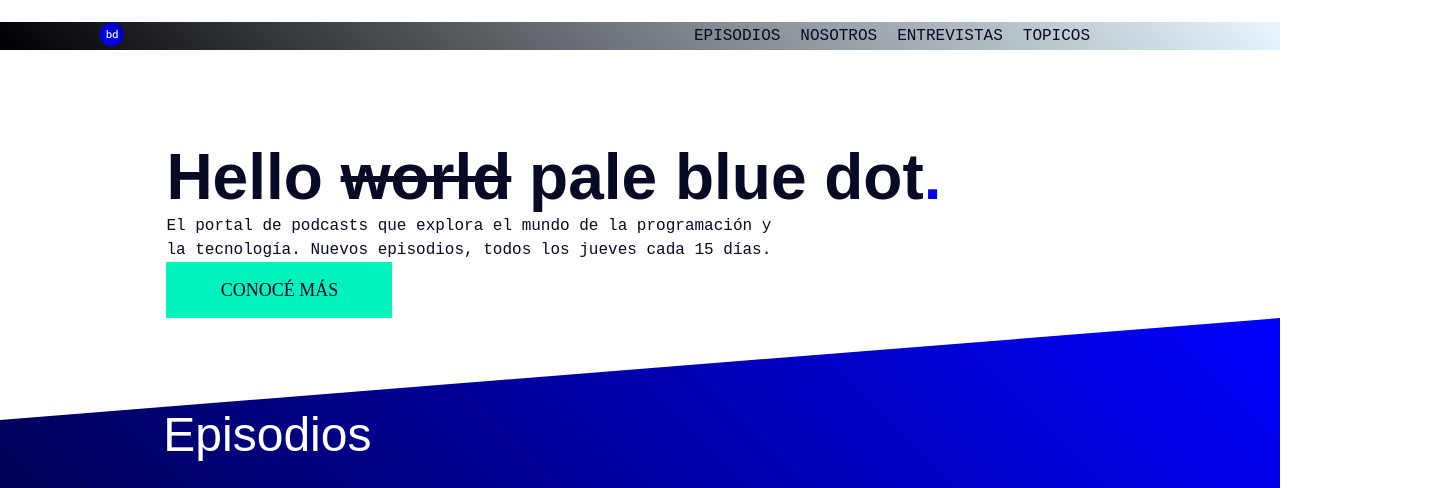
Repository: FedeGA93/podcast
Page: index.html
These files come from the project's save history. The page is drawn as it stood at one moment and after a run of saves; the edit follows.
The browser window is 1280 px wide. The page is 1440 px wide, so the pictures cover 1440 px, including what lies to the right of the window. The pictures show the part of the page from y = 0 to 488 px (the page is 3262 px tall).
Pictures or frames that could not be fetched are drawn as grey boxes. Some web fonts or font styles are not loaded; a fallback is used. Some web libraries are served in a nearby version.

Above is the page before, as saved 2019-11-26 20:46:23.

### index.html
<!DOCTYPE html>
<html lang="es">

<head>
    <meta charset="UTF-8">
    <meta name="viewport" content="width=device-width, initial-scale=1.0">
    <meta http-equiv="X-UA-Compatible" content="ie=edge">
    <title>BlueDot</title>
    <link rel="stylesheet" href="styles/styles.css">
    <link href="https://fonts.googleapis.com/css?family=IBM+Plex+Mono/IBM+Plex+Sans:400,400i,500,600&display=swap"
        rel="stylesheet">
    <link rel="stylesheet" href="https://cdnjs.cloudflare.com/ajax/libs/font-awesome/5.11.2/css/all.css">
    <link rel="shortcut icon" href="images/logo.ico" type="image/x-icon">
    <link rel="icon" href="images/logo.ico" type="image/x-icon">
</head>

<body>
    <header class="estilo-header nav">
        <nav >
            <div class="menu">
                <div>
                    <img src="images/logo.svg" alt="Logo del podcast" class="responsive-logo">
                </div>
                <div>

                    <!-- DEsde acá-->
                    <input type="checkbox" id="transformacion" />
                    <label for="transformacion" class="fija-menu">
                        <span class="barras-negras-hamburger bar1"></span>
                        <span class="barras-negras-hamburger bar2"></span>
                        <span class="barras-negras-hamburger bar3"></span>
                    </label>
                    <!--Hasta acá es lo que tengo que copiar-->
                    <ul class="menu-hijo">
                        <li><a class="color-letras" href="#epi">EPISODIOS</a></li>
                        <li><a class="color-letras" href="#nos">NOSOTROS</a></li>
                        <li><a class="color-letras" href="#ent">ENTREVISTAS</a></li>
                        <li><a class="color-letras" href="#topi">TOPICOS</a></li>
                    </ul>

                </div>
            </div>
        </nav>
    </header>
    <main class="primera-caja">
        <div class="centrado">
            <h1>Hello <s>world</s> pale blue dot<strong class="color-punto">.</strong></h1>
        </div>
        <div class="centrado">
            <p class="parrafos-general">El portal de podcasts que explora el mundo de la programación y <br> la
                tecnología.
                Nuevos episodios, todos los jueves cada 15 días.</p>
        </div>
        <div class="main-child">
            <div>
                <p><a class="btn cnmas" href="#nos">CONOCÉ MÁS</a></p>
            </div>
        </div>
    </main>
    <section>

        <div class="fondo-azul-gradiente sec">

            <div class="corteuno"></div>
            <div class="cortedos"></div>
            <div>
                <p class="color-blanco pad" id="epi">Episodios</p>
            </div>
            <div class="flex-spotify">
                <iframe src="https://open.spotify.com/embed-podcast/show/2ySVrxGkN6n6frMTo9Nsrt"
                    ></iframe>
                <iframe src="https://open.spotify.com/embed-podcast/show/4kYCRYJ3yK5DQbP5tbfZby"
                    ></iframe>
                <iframe src="https://open.spotify.com/embed-podcast/episode/2VHYWRX1mHcZQS89y3z2Xv" ></iframe>
                <iframe src="https://open.spotify.com/embed-podcast/show/2Iibd5A6R7mxkCm4NwNmUn"
                    ></iframe>
            </div>
        </div>
    </section>
    <section>

        <div class="informacion">
            <div>
                <img src="images/phone.png" alt="El podcast en un telefono" class="telefono">
            </div>
            <div>
                <h2 class="color-negro" id="nos">De dónde venimos</h2>

                <p class="parrafos-general limit-text">Our posturings, our imagined self-importance, the delusion that
                    we
                    have some
                    privileged position in the Universe, are challenged by this point of pale light. </p> <br>

                <p class="parrafos-general limit-text">
                    Our planet is a lonely speck in the great enveloping cosmic dark. In our obscurity, in all this
                    vastness, there is no hint that help will come from elsewhere to save us from ourselves.</p>

            </div>
        </div>

    </section>
    <section>
        <h2 class="color-negro paddie" id="ent">
            Invitadas/os Estelares
        </h2>

        <div class="photo-box">
            <img src="images/grace-hopper.png" alt="Foto de Grace Hopper" class="photos">
            <img src="images/Katie-Bouman.png" alt="Foto de Katie Bouman" class="photos">
            <img src="images/Margaret_Hamilton.png" alt="Margaret Hamilton" class="photos">
            <img src="images/computadora1950.png" alt="Una computadora del año 1950" class="photos">
            <img src="images/computadoraprogramable.png" alt="La primera computadora programable del mundo"
                class="photos">
            <img src="images/susan-kare.png" alt="Foto de Susan Kare" class="photos">

        </div>
    </section>
    <section class="top">
        <h2 class="color-negro center-text" id="topi">Algunos de nuestros temas</h2>
        <div>
            <section class="alineado">
                <div>
                    <img src="images/icon1.svg" alt="Una computadora que demuestra el trabajo remoto"
                        class="theme-size">
                    <p class="temas">Trabajo remoto</p>
                </div>
                <div>
                    <img src="images/icon2.svg" alt="Una cabeza pensando" class="theme-size">
                    <p class="temas">Repensando la programación</p>
                </div>

                <div>
                    <img src="images/icon3.svg" alt=" Un libro de código" class="theme-size">
                    <p class="temas">Bases de código</p>
                </div>

                <div>
                    <img src="images/icon4.svg" alt="Logo de seguridad" class="theme-size">
                    <p class="temas">Seguridad informática</p>
                </div>
            </section>
        </div>
    </section>
    <section>
        <div class="fondo-azul-gradiente secfoot">
                <svg xmlns="http://www.w3.org/2000/svg" viewBox="0 0 100 100" preserveAspectRatio="xMidYMid meet" >
                    <polygon fill="white" points="0,0 1440,0 0,85" />
                </svg>
            <div>
                <h2 class="color-blanco center-text">
                    ¿Querés las últimas novedades?
                </h2>
            </div>

            <div>
                <p> <a class="btn ele" href="#epi">ESCUCHÁ LOS EPISODIOS</a> </p>
            </div>

        </div>
    </section>

    <footer>
        <div class="flex-end">
            <h3 class="informacion">© 2019— Hello blue pale dot </h3>
            <div class="sin-deco">
                <a href="https://open.spotify.com/show/6xpiit8aJmwDHk1rKdxmri"><i class="fab fa-spotify"></i></a>
                <a href="https://twitter.com/w3c"> <i class="fab fa-twitter"></i></a>
                <a href="https://www.instagram.com/coding/"><i class="fab fa-instagram"></i></a>
                <a href="https://www.facebook.com/programminggeeks.in/"><i class="fab fa-facebook"></i></a>
            </div>
        </div>
    </footer>
</body>

</html>

### styles/styles.css
* {
  margin: 0;
  padding: 0;
  border: 0;
  box-sizing: content-box;
}

.menu {
  display: flex;
  flex-flow: row;
  justify-content: space-between;
  margin-top:22px;
  padding: 0 190px 0 100px;
  position: static;
  top: 0;
  overflow: hidden;
}
.menu-hijo {
  display: flex;
  flex-flow: row wrap;
  text-decoration: none;
  list-style-type: none;
  justify-content: flex-end;
  text-indent: 20px;

}
.nav{
  position:sticky;
  top:0;
  z-index:1000;
  background-image: linear-gradient(225deg, #13a1f318 0%, #000003 100%);
  color: white;
}

.primera-caja {
  display: flex;
  flex-flow: column;
  padding: 7% 13% 0;
}
.centrado {
  justify-content: center;
}
.color-letras:active {
  color: RGBA(6, 10, 36, 0.53);
}
.color-letras:hover {
  color: #00f3bb;
  text-decoration: line-through;
}
.color-letras {
  font-family: "IBM Plex Mono", monospace;
  font-size: 16px;
  color: #060a24;
  letter-spacing: 0;
  line-height: 28px;
  text-decoration: none;
}

h1 {
  font-family: "IBM Plex Sans", sans-serif;
  font-size: 64px;
  color: #060a24;
  letter-spacing: 0;
}
.color-punto {
  font-family: "IBM Plex Sans", sans-serif;
  font-size: 64px;
  color: #0000ec;
  letter-spacing: 0;
}
.parrafos-general {
  font-family: "IBM Plex Mono", monospace;
  font-size: 16px;
  color: #060a24;
  letter-spacing: 0;
  line-height: 24px;
}

input {
  display: none;
}

.sec {
  position: relative;
  width: 100%;
  height: 124vh;
  overflow: hidden;
}
.secfoot {
  display: flex;
  justify-content: center;
  align-items: center;
  flex-direction: column;
  position: relative;
  width: 100%;
  height: 50vh;
  overflow: hidden;
}
.fondo-azul-gradiente {
  background-image: linear-gradient(225deg, #0000ff 0%, #000003 100%);
}

/* Cortes del fondo */
svg {
  position: absolute;
  bottom: 0;
  width: 100%;
  height: auto;

}

.corteuno {
  position: absolute;
  top: 0;
  left: 0;
  border-width: 0 0 8vw 100vw;
  border-style: solid;
  border-color: transparent #fff transparent;
}
.cortedos {
  position: absolute;
  bottom: 0;
  left: 0;
  border-width: 0 0 10vw 100vw;
  border-style: solid;
  border-color: transparent transparent #fff;
}
/* terminan los cortes */
.color-blanco {
  font-family: "IBM Plex Sans", sans-serif;
  font-size: 48px;
  color: #ffffff;
  letter-spacing: 0;
}
.color-negro {
  font-family: "IBM Plex Sans", sans-serif;
  font-size: 48px;
  color: #060a24;
  letter-spacing: 0;
}
.informacion {
  display: flex;
  justify-content: flex-start;
  flex-direction: row;
}

.btn {
  display: flex;
  align-items: center;
  justify-content: center;
  background-color: #00f3bb;
  font-family: "IBMPlexMono", Medium;
  font-size: 18px;
  color: #060a24;
  letter-spacing: 0;
  text-align: center;
  line-height: 24px;
  text-decoration: none;
}
.btn:hover,
.btn:focus {
  background-image: linear-gradient(225deg, #0000fe 0%, #00f0b8 100%);
  color: #ffffff;
}
.cnmas {
  height: 56px;
  width: 226px;
}
.ele {
  width: 345px;
  height: 56px;
}

.flex {
  display: flex;
  flex-direction: row;
  flex-wrap: nowrap;
  justify-content: space-between;
}
.pad {
  padding: 7% 12.76% 0;
}
.flex-spotify {
  display: flex;
  flex-flow: row wrap;
  padding: 2% 8%;
}
.temas {
  font-family: "IBMPlexSans";
  font-weight: 600;
  font-size: 24px;
  color: #060a24;
  letter-spacing: 0;
  text-align: center;
}

.alineado {
  display: flex;
  flex-flow: row;
  justify-content: space-evenly;
  text-align: center;
}
.telefono {
  position: relative;
  top: -311px;
  height: 660px;
  width: 457.6px;
  padding: 200px 64px 0 200px;
}
iframe {
  padding: 0 72px 72px 0;
  position: relative;
  z-index: 1;
  width: 44%;
  height: 232px;
}

.paddie {
  margin: -267px 0 36px 200px;
  z-index: 1;
}
.photos {
  width: 480px;
  height: 364px;
}
.photo-box {
  width: fit-content;
  display: grid;
  grid-template-columns: repeat(3, 0fr);

}
.limit-text {
  width: 54%;
}
.theme-size {
  width: 104px;
  height: 104px;
}
.top {
  margin-top: 5%;
}
.flex-end {
  display: flex;
  flex-direction: row;
  justify-content: space-between;
}
.sin-deco a {
  text-decoration: none;
  color: black;
}
/*
  ***************************************************
    ***********************************************
      ********************************************
        ****************************************
        *****************MOBILE*****************
        ****************************************
      ********************************************
     **********************************************
   **************************************************
 */

@media screen and (max-width: 600px) {
  * {
    margin: 0px;
    padding: 0;
    border: 0;
  }
  .estilo-header {
    padding: 3%;
  }
  .barra-navegadora {
    display: none;
  }
  .menu {
    padding: 0px;
    position: sticky;
  }
  .seccion {
    width: 100%;
  }

  .responsive-logo {
    margin: 2.2% 87.5% 1.2% 2%;
  }
  .menu-hijo {
    display: none;
  }
  .menu-hijo:hover {
    display: block;
  }
  h1 {
    font-family: "IBM Plex Sans", sans-serif;
    font-size: 36px;
    color: #060a24;
    letter-spacing: 0;
    line-height: 42px;
  }

  .parrafos-general {
    font-family: "IBM Plex Mono", monospace;
    font-size: 14px;
    color: #060a24;
    letter-spacing: 0;
    line-height: 22px;
  }
  .color-blanco {
    font-family: "IBM Plex Sans", sans-serif;
    font-size: 36px;
    color: #ffffff;
    letter-spacing: 0;
    line-height: 42px;
  }
  .color-negro {
    font-family: "IBM Plex Sans", sans-serif;
    font-size: 36px;
    color: #060a24;
    letter-spacing: 0;
    line-height: 42px;
  }
  .cnmas {
    height: 48px;
    width: 100%;
  }

  .barras-negras-hamburger {
    display: block;
    width: 33px;
    height: 4px;
    margin-bottom: 5px;
    position: relative;
    background: black;
    border-radius: 3px;
  }
  .sec {
    height: 165vh;
  }
  .secfoot {
    height: 40vh;
  }
  .center-text {
    text-align: center;
  }
  .telefono {
    top: -60px;
    padding: 0 0 0 9%;
    width: 360px;
    height: 519px;
  }
  .photo-box {
    grid-template-columns: repeat(1, 0);
    grid-template-rows: repeat(1, 16.5%);
  }
  .paddie {
    margin: 0;
  }
  .photos {
    height: auto;
    width: 100vw;
  }
  iframe {
    padding: 1%;
    width: auto;
  }
  .informacion {
    flex-direction: column;
  }
  .alineado {
    flex-direction: column;
  }
  .flex-spotify {
    padding: 2% 15%;
  }
  /* A partir de acá es el menu*/

  input[type="checkbox"]:checked ~ label > span.bar1 {
    -webkit-transform: rotate(-45deg) translate(-8px, 6px);
    transform: rotate(-45deg) translate(-8px, 6px);
    transition-delay: 0.1s;
  }
  input[type="checkbox"]:checked ~ label > span.bar2 {
    opacity: 0;
  }
  input[type="checkbox"]:checked ~ label > span.bar3 {
    -webkit-transform: rotate(45deg) translate(-8px, -6px);
    transform: rotate(45deg) translate(-8px, -6px);
    transition-delay: 0.1s;
  }
  input[type="checkbox"]:checked ~ .menu-hijo {
    background-color: blue;
    display: block;
    margin: auto;
    padding: initial;
    z-index: 1000;
    color: #fff;
  }

  input {
    display: none;
  }
  .fija-menu {
    display: block;
    direction: rtl;
  }
  /* hasta acá*/
  svg{
    bottom: 50%;
  }
}

@media screen and (max-width: 349px) {
  .sec {
    width: 129%;
  }
  .photos {
    width: 411px;
  }
  .cnmas {
    width: 100vw;
  }
  .corteuno {
    border-width: 0 0 12vw 158vw;
  }
  .cortedos {
    border-width: 0 0 19vw 129vw;
  }
  .secfoot{
    width: 129vw;
  }
  .top{
    margin-left: 27%;
  }
}
/*
  ***************************************************
    ***********************************************
      ********************************************
        ****************************************
         ***************TABLET*****************
        ****************************************
      ********************************************
     **********************************************
   **************************************************
 */
/*  @media screen and (max-width:601px) {


  } */

After the next 2 saves:
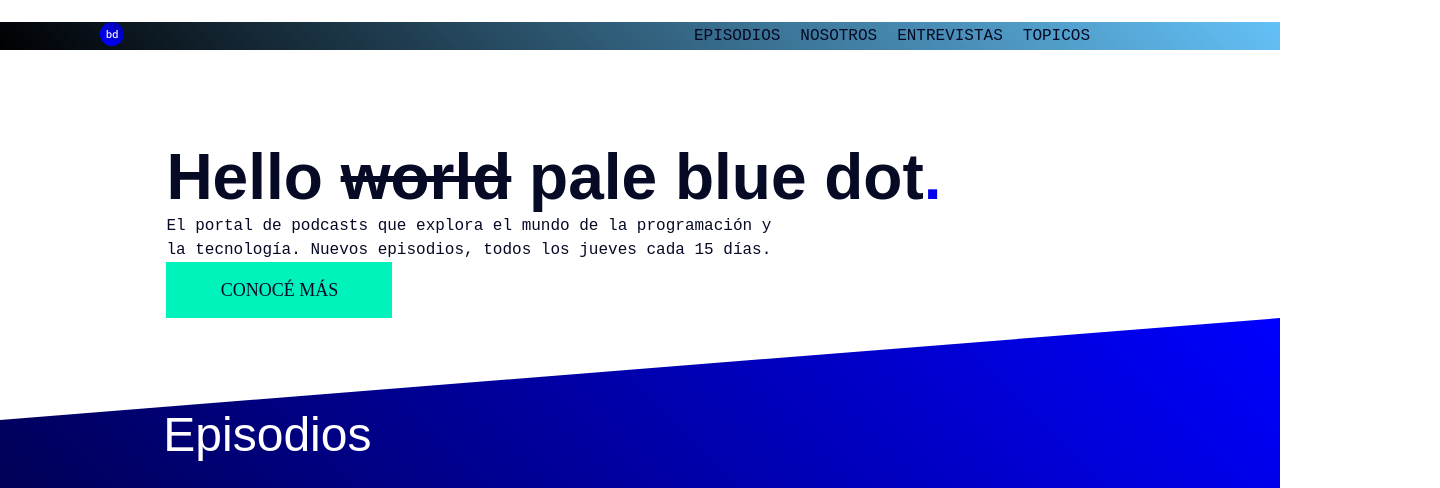
The 2 saves are shown as one change because they came seconds apart.
The last was saved 24 s later.
--- a/styles/styles.css
+++ b/styles/styles.css
@@ -28,7 +28,7 @@
   position:sticky;
   top:0;
   z-index:1000;
-  background-image: linear-gradient(225deg, #13a1f318 0%, #000003 100%);
+  background-image: linear-gradient(225deg, #13a1f3a8 0%, #000003 100%);
   color: white;
 }
 
